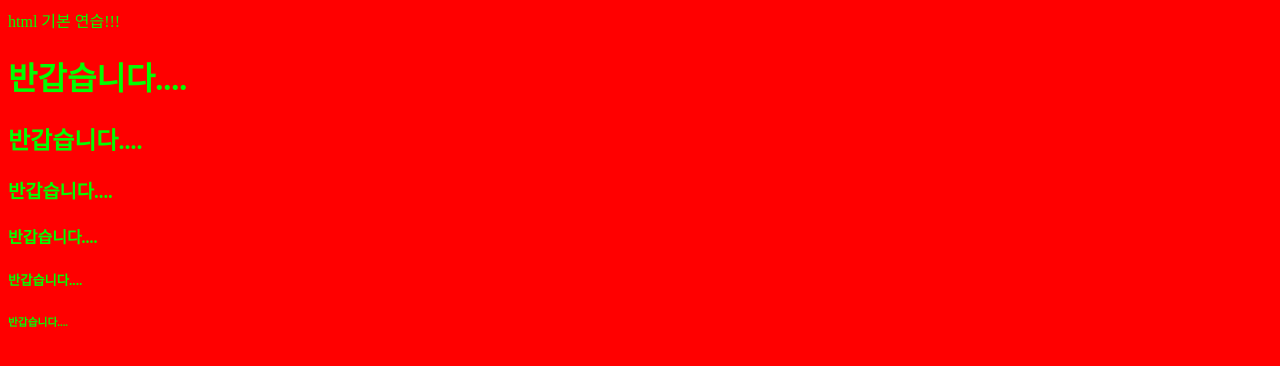
Repository: salee1023/JSP_Practice
Page: HTML_CSS_JS_practice01/src/main/webapp/html01.htm
An editor plug-in stored every save of this project. The page is shown before and after the next save, followed by the edit.
The browser window is 1280 px wide. The pictures show the whole page.

Above is the page before, as saved 2021-08-16 08:58:11.

### HTML_CSS_JS_practice01/src/main/webapp/html01.htm
<!DOCTYPE html>
<!--
	html 기본 구조
	<html>
		<head>
			<meta charset = "utf-8">
			<title>문서의 제목</title>
		</head>
		<body>
			문서의 내용
		</body?
	</html>
 -->
<html>
<head>
<meta charset="utf-8">
<title>html 연습</title>
</head>
<body bgcolor="red" text="#00ff00">
	html 기본 연습!!!<br><h1>반갑습니다....</h1>
	<h2>반갑습니다....</h2>
	<h3>반갑습니다....</h3>
	<h4>반갑습니다....</h4>
	<h5>반갑습니다....</h5>
	<h6>반갑습니다....</h6>
</body>
</html>

After the next save:
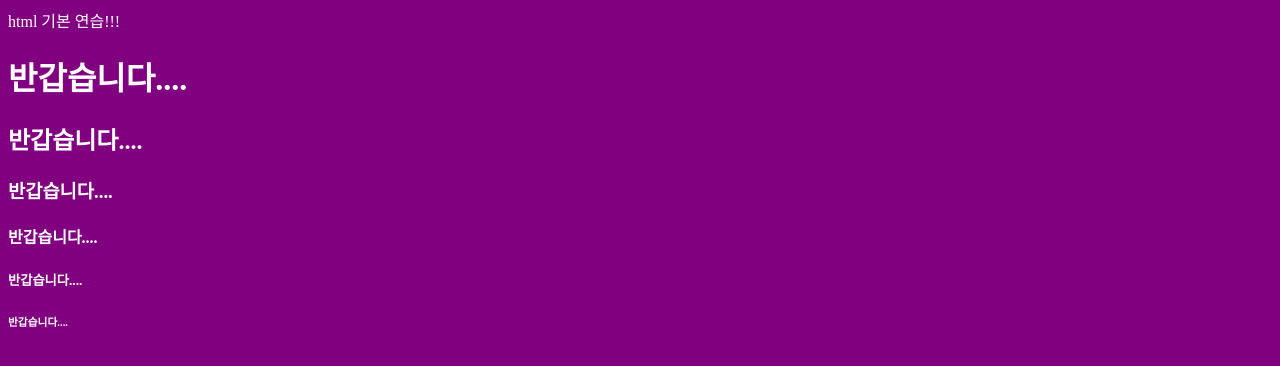
Saved 14 s later.
--- a/HTML_CSS_JS_practice01/src/main/webapp/html01.htm
+++ b/HTML_CSS_JS_practice01/src/main/webapp/html01.htm
@@ -16,7 +16,7 @@
 <meta charset="utf-8">
 <title>html 연습</title>
 </head>
-<body bgcolor="red" text="#00ff00">
+<body bgcolor="purple" text="white">
 	html 기본 연습!!!<br><h1>반갑습니다....</h1>
 	<h2>반갑습니다....</h2>
 	<h3>반갑습니다....</h3>
